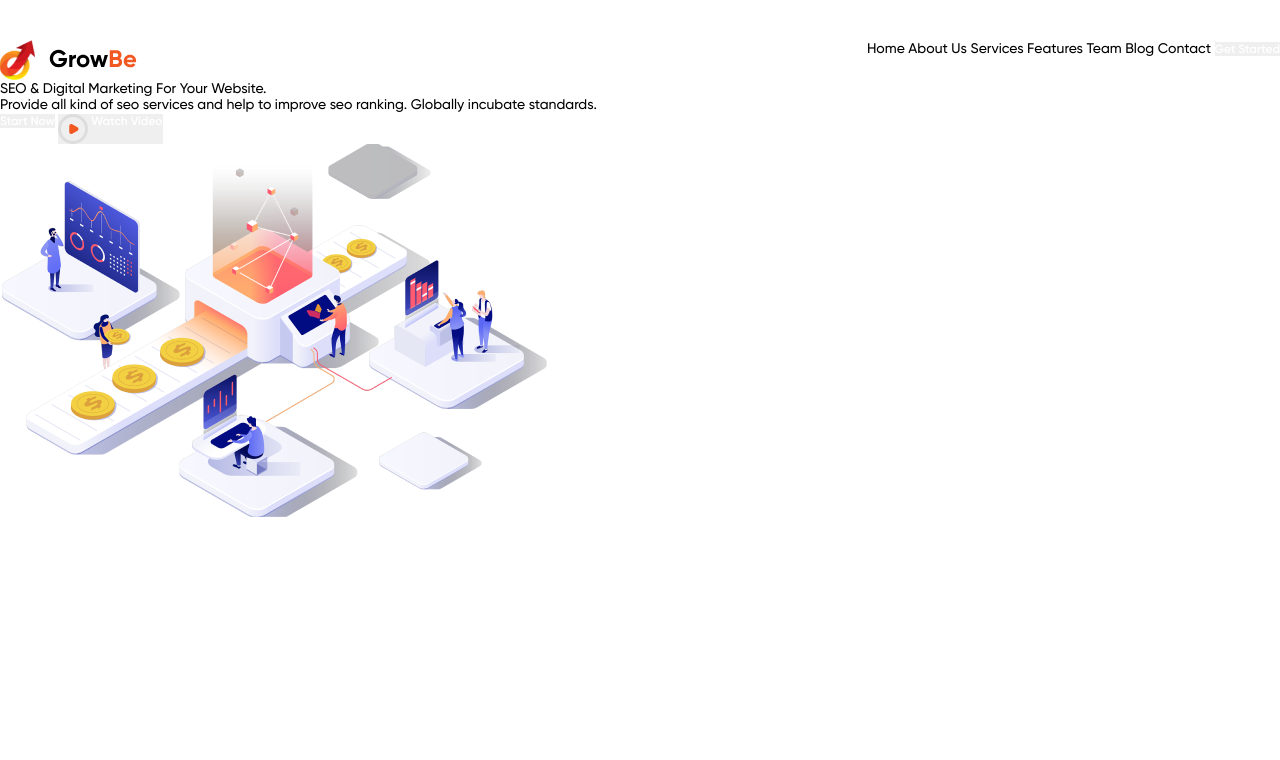
Repository: Alekseiy1980/GrowBe
Page: index.html
These files come from the project's save history. The page is drawn as it stood at one moment and after the next save; the edit follows.
The browser window is 1280 px wide. The pictures show the whole page.

Above is the page before, as saved 2024-01-20 11:47:47.

After the next save:
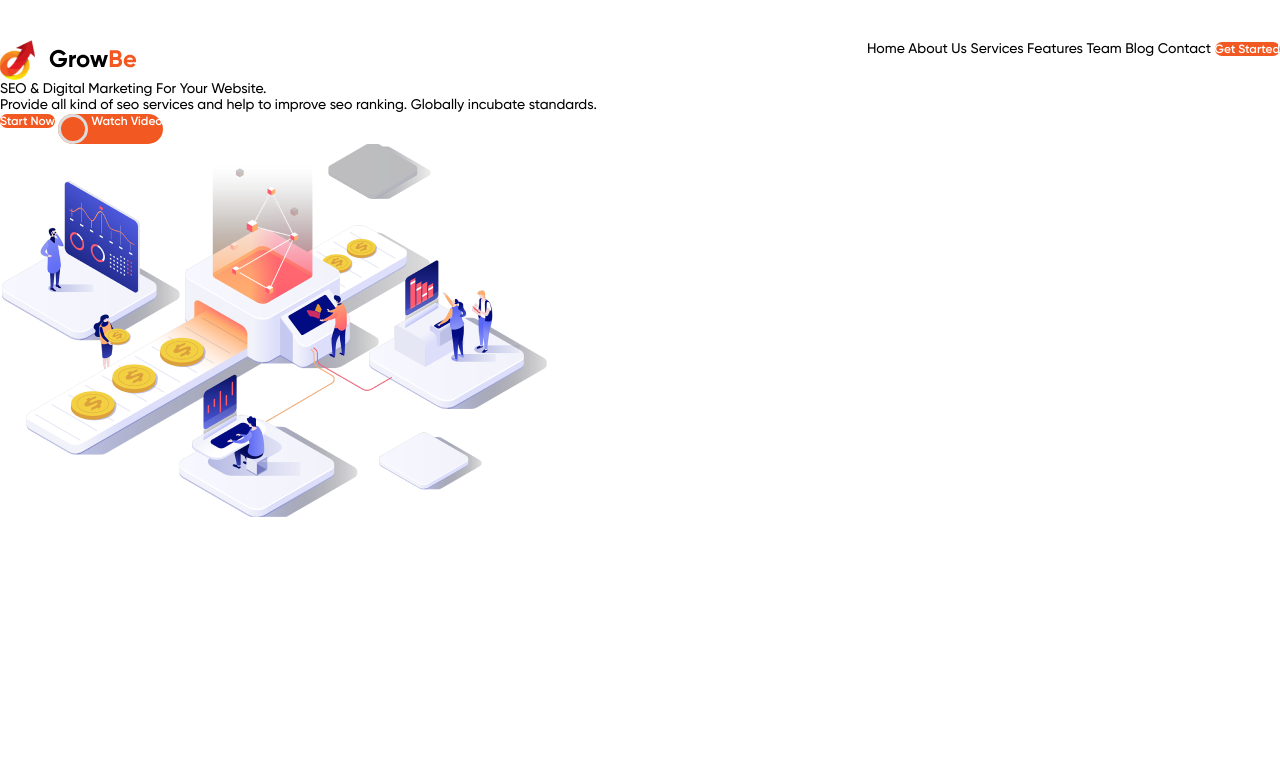
Saved 5 min 13 s later.
--- a/css/style.css
+++ b/css/style.css
@@ -55,4 +55,6 @@ header {
     color: #FFF;
     font-family: Gilroy-SemiBold;
     font-size: 12px;
+    border-radius: 30px;
+    background: #F25822;
 }
